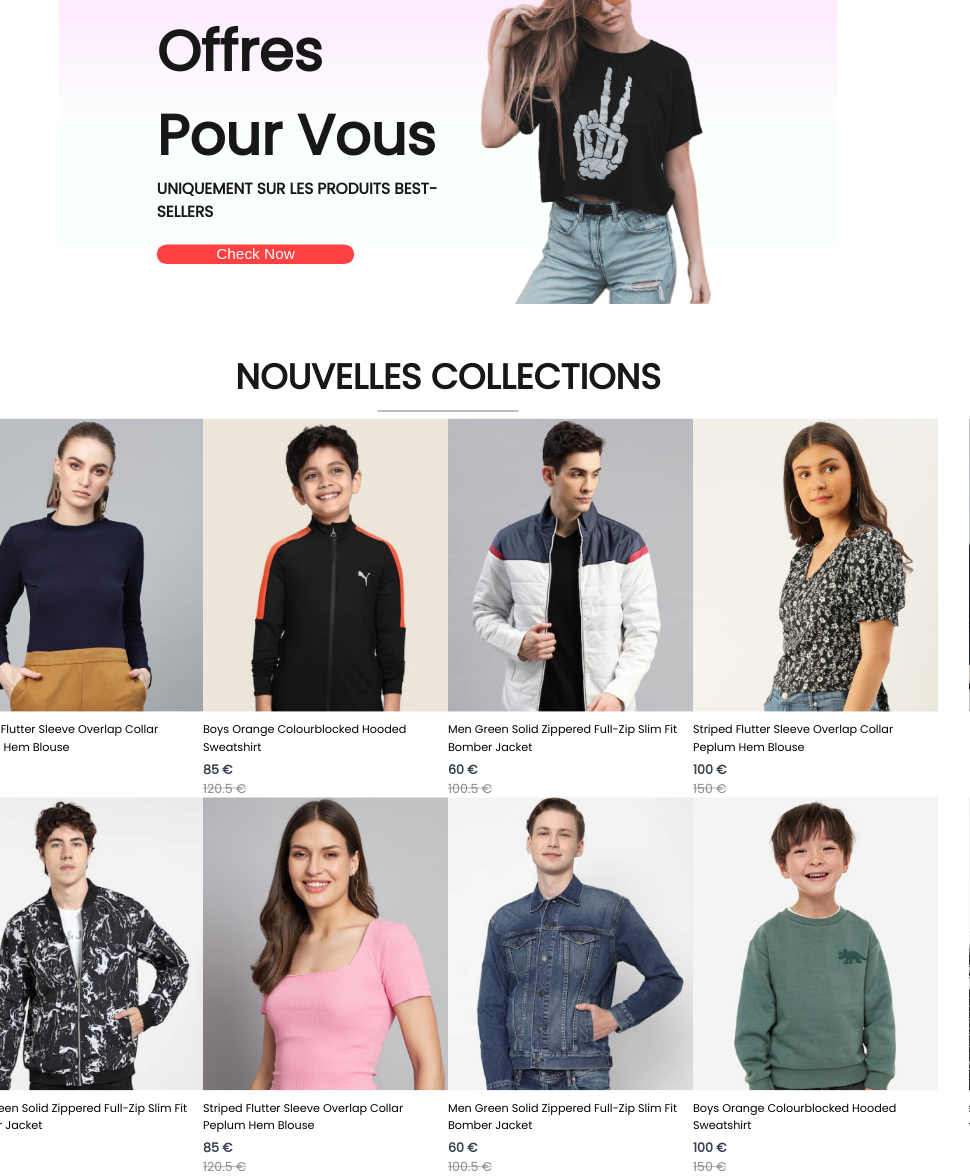
Repository: Flora-J/frontend
Page: /
These files come from the project's save history. The page is drawn as it stood at one moment and after the next save; the edit follows.
The browser window is 1280 px wide. The page is 1385 px wide, so the pictures cover 1385 px, including what lies to the right of the window. The pictures show the part of the page from y = 1546 to 3306 px (the page is 3226 px tall before and 3306 px after), at 70% of full size.
The project was rebuilt for these pictures with package versions that can differ from the ones it lists, and the page was loaded fresh each time. Also part of the build but not shown: src/App.css, src/pages/ShopCategory.jsx, src/pages/Product.jsx, src/pages/Cart.jsx, src/pages/LoginSignup.jsx.

Above is the page before, as saved 2023-11-24 11:40:54.

After the next save:
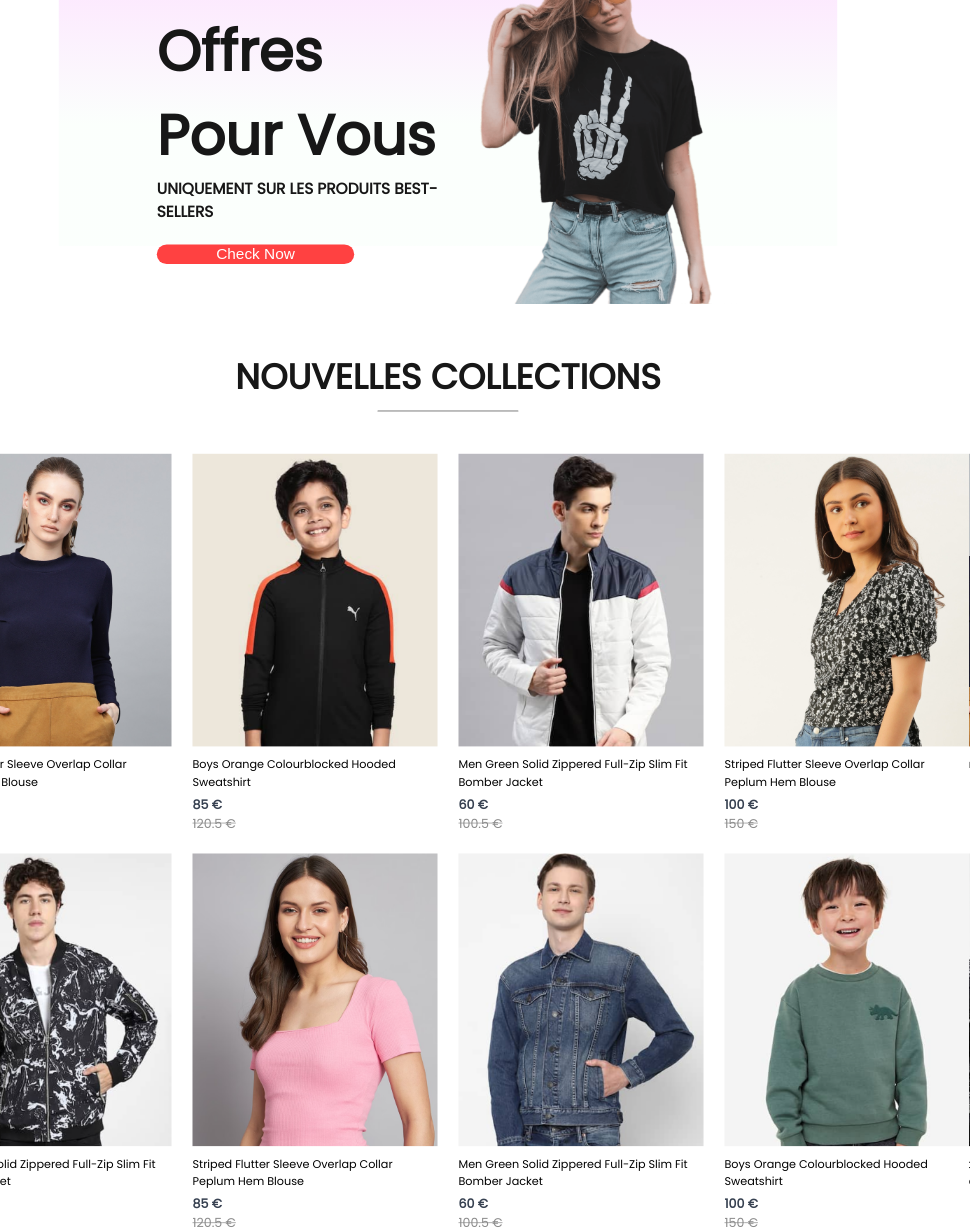
Saved 7 s later.
--- a/src/components/NewCollections/NewCollections.css
+++ b/src/components/NewCollections/NewCollections.css
@@ -22,5 +22,6 @@
 .collections {
   display: grid;
   grid-template-columns: 1fr 1fr 1fr 1fr;
-  m
+  margin-top: 50px;
+  gap: 30px;
 }
